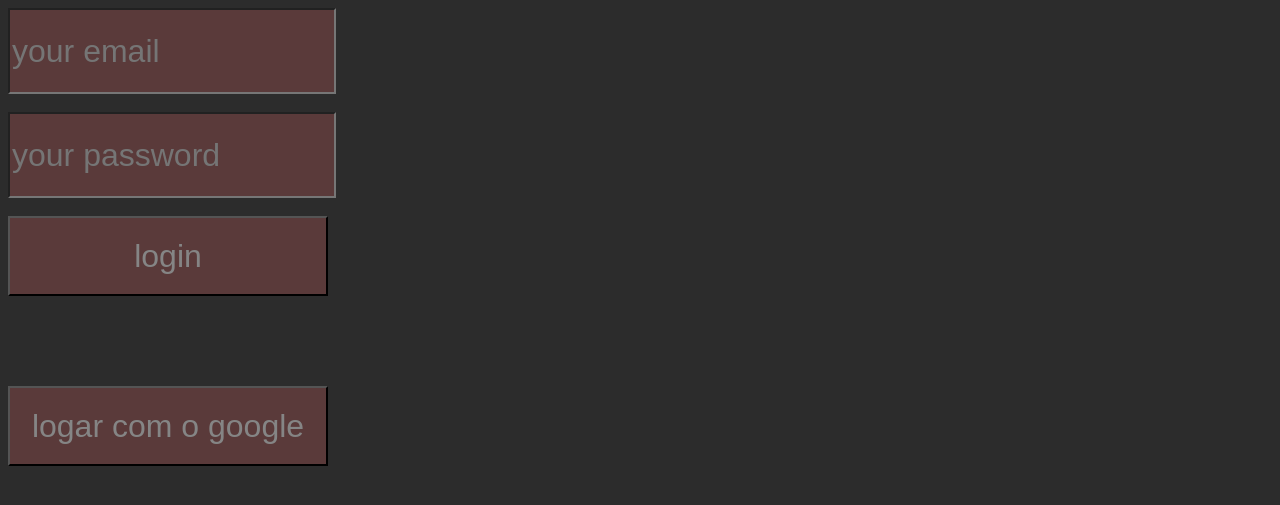
Repository: Vinicius-Borges7/NMLS
Page: frontend/pages/register.html
The author's editor kept a copy of each file at every save. The page is drawn from the files as they stood at one save, then again after the next save.
The browser window is 1280 px wide. The pictures show the whole page.

Above is the page before, as saved 2023-05-22 14:50:19.

### frontend/pages/register.html
<!DOCTYPE html>
<html lang="en">
<head>
    <meta charset="UTF-8">
    <meta http-equiv="X-UA-Compatible" content="IE=edge">
    <meta name="viewport" content="width=device-width, initial-scale=1.0">
    <title>login</title>

    <link href="../styles/index.css" rel="stylesheet"/>
    <script src="../scripts/index.js" async></script>
</head>
<body>
    <section>
        <input name="email" id="iptEmail" placeholder="your email" required/><br/><br/>
        <input name="password" id="iptPassword" placeholder="your password" required/><br/><br/>
        <button onclick="login()">login</button><br/><br/><br/><br/><br/>
    </section>
    <br/>
    <section>
        <button>logar com o google</button>
    </section>
</body>
</html>

### frontend/styles/index.css
body{
    background-color: rgb(44, 44, 44);
}

input{
    background-color: rgb(90, 58, 58);
    width: 20rem;
    height: 5rem;
    font-size: 2rem;

    color: rgb(206, 3, 3);
}

button{
    background-color: rgb(90, 58, 58);
    width: 20rem;
    height: 5rem;
    font-size: 2rem;

    color: rgb(133, 133, 133);
}

### frontend/scripts/index.js
async function login() {
    const email = document.querySelector('#iptEmail').value;
    const password = document.querySelector('#iptPassword').value;

    const body = {
      email: email,
      password: password
    };

    try {
      const response = await fetch('http://localhost:8080/user/login', {
        method: 'POST',
        headers: {
          'Content-Type': 'application/json'
        },
        body: JSON.stringify(body)
      });

      let data = await response.json();

      if(response.status === 200){
        console.log(data.token);
      }

      if (response.status === 401) {
        throw new Error('Credenciais inválidas');
      }

      if (!response.ok) {
        throw new Error('Erro na requisição');
      }

    } catch (error) {
      console.error(error);
        window.alert("senha incorreta")
    }
  }

After the next save:
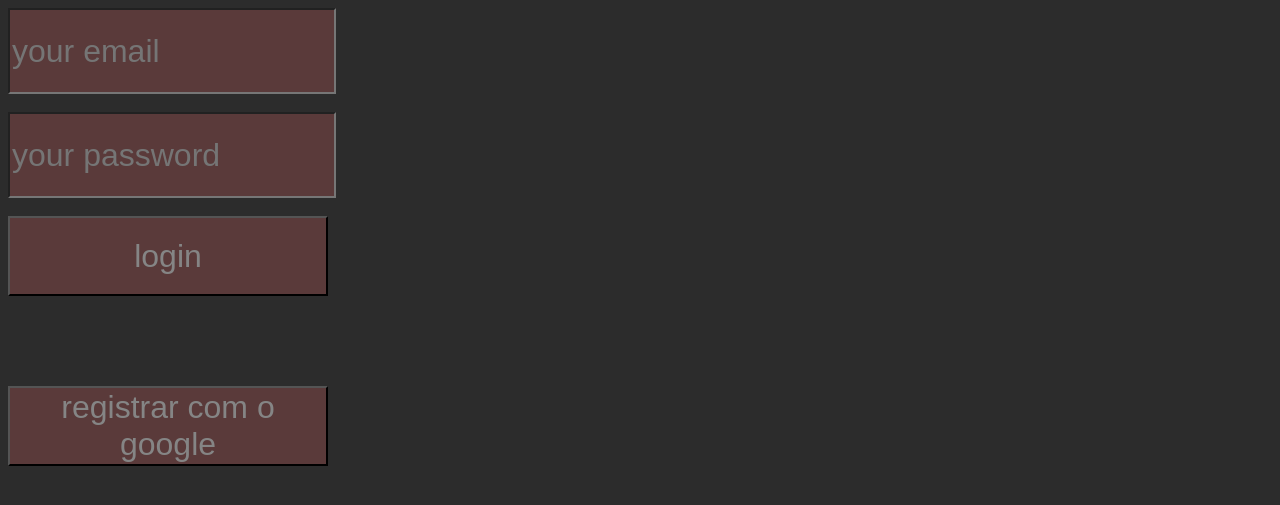
Saved 4 s later.
--- a/frontend/pages/register.html
+++ b/frontend/pages/register.html
@@ -17,7 +17,7 @@
     </section>
     <br/>
     <section>
-        <button>logar com o google</button>
+        <button>registrar com o google</button>
     </section>
 </body>
 </html>
